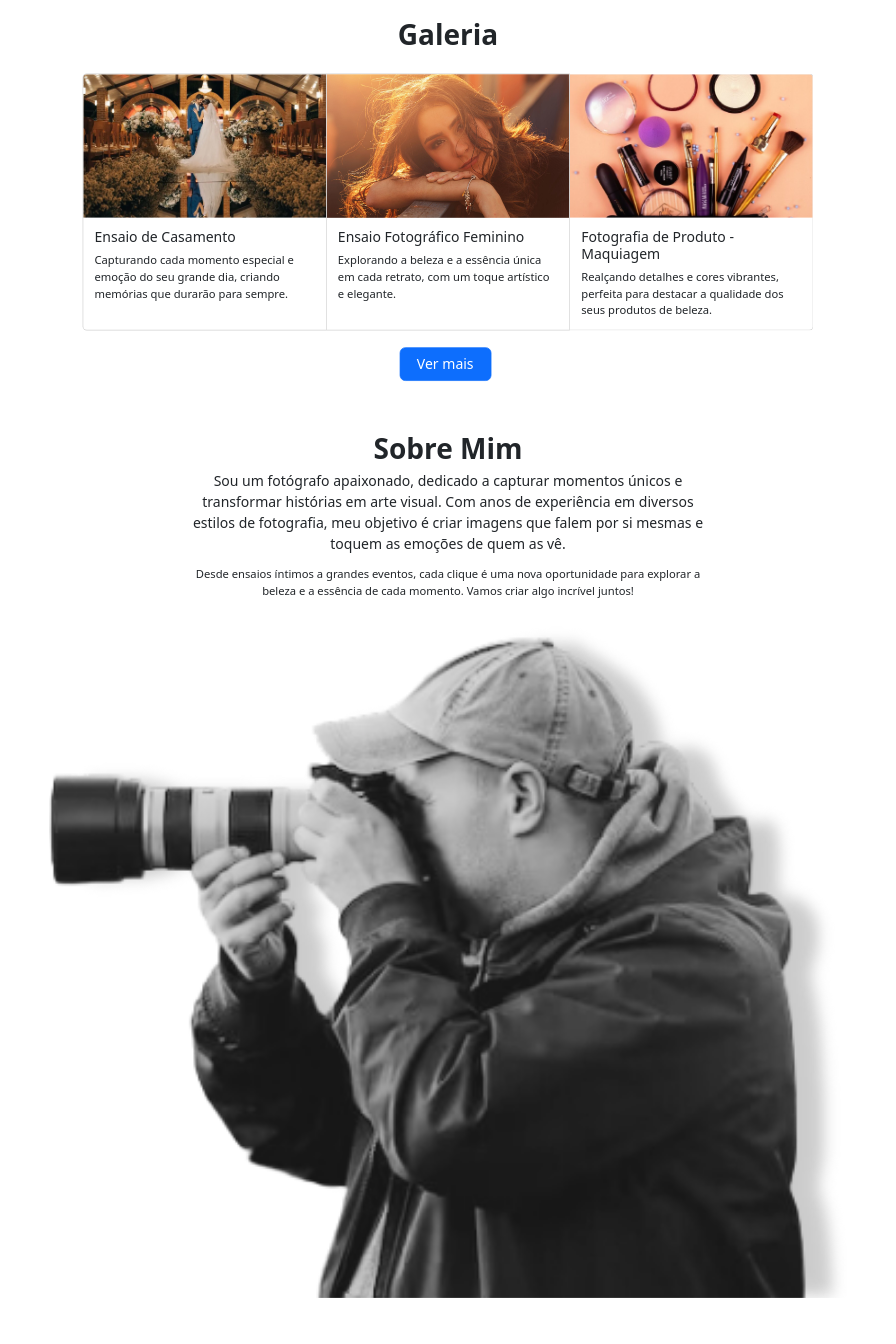
Repository: Marinalr-25/portifolio-fotografia
Page: index.html
An editor plug-in stored every save of this project. The page is shown before and after the next save, followed by the edit.
The browser window is 1280 px wide. The pictures show the part of the page from y = 583 to 2503 px (the page is 2503 px tall before and 1555 px after), at 70% of full size.
A picture or video elsewhere on the page could not be fetched, so the positions and the page height are approximate.

Above is the page before, as saved 2025-01-19 17:54:31.

### index.html
<!DOCTYPE html>
<html lang="pt-BR" data-bs-theme="dark">
  <head>
    <meta charset="utf-8" />
    <meta name="viewport" content="width=device-width, initial-scale=1" />
    <title>Portifolio Fotográfia</title>
    <link
      href="https://cdn.jsdelivr.net/npm/bootstrap@5.3.3/dist/css/bootstrap.min.css"
      rel="stylesheet"
      integrity="sha384-QWTKZyjpPEjISv5WaRU9OFeRpok6YctnYmDr5pNlyT2bRjXh0JMhjY6hW+ALEwIH"
      crossorigin="anonymous"
    />
    <!-- Bootstrap Icons -->
    <link
      href="https://cdn.jsdelivr.net/npm/bootstrap-icons/font/bootstrap-icons.css"
      rel="stylesheet"
    />
    <link rel="stylesheet" href="css/style.css" />
  </head>
  <body>
    <!-- Header -->
    <div class="container">
      <header
        class="d-flex flex-wrap justify-content-center py-3 mb-4 border-bottom fixed-top header header-light"
      >
        <a
          href="/"
          class="d-flex align-items-center mb-3 mb-md-0 me-md-auto link-body-emphasis text-decoration-none"
        >
          <svg class="bi me-2" width="40" height="32">
            <use xlink:href="#bootstrap" />
          </svg>
          <span class="fs-4">Fotográfo Bootstrap</span>
        </a>

        <ul class="nav nav-pills">
          <li class="nav-item">
            <a href="#home" class="nav-link active" aria-current="page">Home</a>
          </li>
          <li class="nav-item">
            <a href="#galeria" class="nav-link">Galeria</a>
          </li>
          <li class="nav-item">
            <a href="#sobre" class="nav-link">Sobre mim</a>
          </li>
          <li class="nav-item">
            <a href="#servicos" class="nav-link">Serviços</a>
          </li>
          <li class="nav-item">
            <a href="#contato" class="nav-link">Contato</a>
          </li>
          <button id="toggleThemeBtn" class="btn btn-light">
            <i id="themeIcon" class="bi bi-brightness-high"></i>
          </button>
        </ul>
      </header>
    </div>

    <!-- Hero -->
    <div id="home" class="container col-xxl-8 px-4 py-5">
      <div class="row flex-lg-row-reverse align-items-center g-5 py-5">
        <div class="col-10 col-sm-8 col-lg-6">
          <img
            src="src/fotografiaHero.jpg"
            class="d-block mx-lg-auto img-fluid img-hero"
            alt="Bootstrap Themes"
            width="700"
            height="500"
            loading="lazy"
          />
        </div>
        <div class="col-lg-6">
          <h1 class="fw-bold text-body-emphasis lh-1 mb-3">
            Capturando Momentos, Criando Memórias
          </h1>
          <p class="lead">
            Com uma abordagem única e criativa, busco capturar a essência de
            cada cena e emoção. Meu trabalho é uma mistura de técnica, paixão e
            sensibilidade. Através da minha lente, tento criar imagens que falam
            por si mesmas.
          </p>
          <div class="d-grid gap-2 d-md-flex justify-content-md-start">
            <button type="button" class="btn btn-primary btn-lg px-4 me-md-2">
              Veja meu trabalho
            </button>
            <button type="button" class="btn btn-outline-secondary btn-lg px-4">
              Entre em Contato
            </button>
          </div>
        </div>
      </div>
    </div>

    <!-- Galeria -->
    <div
      id="galeria"
      class="container card-group p-4 d-flex justify-content-center"
    >
      <h1 class="fw-bold">Galeria</h1>
      <div class="card-group p-4">
        <div class="card">
          <img
            src="src/casamento.webp"
            class="card-img-top"
            alt="ensaio fotografico de casamento"
          />
          <div class="card-body">
            <h5 class="card-title">Ensaio de Casamento</h5>
            <p class="card-text">
              Capturando cada momento especial e emoção do seu grande dia,
              criando memórias que durarão para sempre.
            </p>
          </div>
        </div>
        <div class="card">
          <img
            src="src/ensaiofotografico.jpeg"
            class="card-img-top"
            alt="ensaio fotografico de uma mulher"
          />
          <div class="card-body">
            <h5 class="card-title">Ensaio Fotográfico Feminino</h5>
            <p class="card-text">
              Explorando a beleza e a essência única em cada retrato, com um
              toque artístico e elegante.
            </p>
          </div>
        </div>
        <div class="card">
          <img
            src="src/maquiagem.jpg"
            class="card-img-top"
            alt="ensaio fotografico de produto (maquiagem)"
          />
          <div class="card-body">
            <h5 class="card-title">Fotografia de Produto - Maquiagem</h5>
            <p class="card-text">
              Realçando detalhes e cores vibrantes, perfeita para destacar a
              qualidade dos seus produtos de beleza.
            </p>
          </div>
        </div>
      </div>
      <button type="button" class="btn btn-primary btn-lg px-4 me-md-2">
        Ver mais
      </button>
    </div>

    <!-- Sobre mim -->
    <div id="sobre" class="container py-5">
      <div class="row justify-content-center">
        <div class="col-lg-8 text-center">
          <h1 class="fw-bold">Sobre Mim</h1>
          <p class="lead">
            Sou um fotógrafo apaixonado, dedicado a capturar momentos únicos e
            transformar histórias em arte visual. Com anos de experiência em
            diversos estilos de fotografia, meu objetivo é criar imagens que
            falem por si mesmas e toquem as emoções de quem as vê.
          </p>
          <p>
            Desde ensaios íntimos a grandes eventos, cada clique é uma nova
            oportunidade para explorar a beleza e a essência de cada momento.
            Vamos criar algo incrível juntos!
          </p>
        </div>
        <div class="fotografo"></div>
      </div>
    </div>

    <script
      src="https://cdn.jsdelivr.net/npm/@popperjs/core@2.11.8/dist/umd/popper.min.js"
      integrity="sha384-I7E8VVD/ismYTF4hNIPjVp/Zjvgyol6VFvRkX/vR+Vc4jQkC+hVqc2pM8ODewa9r"
      crossorigin="anonymous"
    ></script>
    <script
      src="https://cdn.jsdelivr.net/npm/bootstrap@5.3.3/dist/js/bootstrap.min.js"
      integrity="sha384-0pUGZvbkm6XF6gxjEnlmuGrJXVbNuzT9qBBavbLwCsOGabYfZo0T0to5eqruptLy"
      crossorigin="anonymous"
    ></script>
    <script src="js/script.js"></script>
  </body>
</html>

### css/style.css
/* Style Bootstrap */

.bd-placeholder-img {
  font-size: 1.125rem;
  text-anchor: middle;
  -webkit-user-select: none;
  -moz-user-select: none;
  user-select: none;
}

@media (min-width: 768px) {
  .bd-placeholder-img-lg {
    font-size: 3.5rem;
  }
}

.b-example-divider {
  width: 100%;
  height: 3rem;
  background-color: rgba(0, 0, 0, 0.1);
  border: solid rgba(0, 0, 0, 0.15);
  border-width: 1px 0;
  box-shadow: inset 0 0.5em 1.5em rgba(0, 0, 0, 0.1),
    inset 0 0.125em 0.5em rgba(0, 0, 0, 0.15);
}

.b-example-vr {
  flex-shrink: 0;
  width: 1.5rem;
  height: 100vh;
}

.bi {
  vertical-align: -0.125em;
  fill: currentColor;
}

.nav-scroller {
  position: relative;
  z-index: 2;
  height: 2.75rem;
  overflow-y: hidden;
}

.nav-scroller .nav {
  display: flex;
  flex-wrap: nowrap;
  padding-bottom: 1rem;
  margin-top: -1px;
  overflow-x: auto;
  text-align: center;
  white-space: nowrap;
  -webkit-overflow-scrolling: touch;
}

.btn-bd-primary {
  --bd-violet-bg: #712cf9;
  --bd-violet-rgb: 112.520718, 44.062154, 249.437846;

  --bs-btn-font-weight: 600;
  --bs-btn-color: var(--bs-white);
  --bs-btn-bg: var(--bd-violet-bg);
  --bs-btn-border-color: var(--bd-violet-bg);
  --bs-btn-hover-color: var(--bs-white);
  --bs-btn-hover-bg: #6528e0;
  --bs-btn-hover-border-color: #6528e0;
  --bs-btn-focus-shadow-rgb: var(--bd-violet-rgb);
  --bs-btn-active-color: var(--bs-btn-hover-color);
  --bs-btn-active-bg: #5a23c8;
  --bs-btn-active-border-color: #5a23c8;
}

.bd-mode-toggle {
  z-index: 1500;
}

.bd-mode-toggle .dropdown-menu .active .bi {
  display: block !important;
}

/* CSS próprio */

/* Header */
.header-light {
  background-color: #fff;
  color: #000;
}

.header-dark {
  background-color: #212529;
  color: #fff;
}

/* Hero */
.img-hero {
  width: 1000px;
}

/* Galeria */
.card-img-top {
  width: 100%;
  height: 205px;
  object-fit: cover;
}

/* sobre mim */
.fotografo {
  background-image: url(/src/fotografosombracortada.png);
  background-position: right;
  background-repeat: no-repeat;
  background-size: contain;
  width: 1320px;
  height: 1000px;
}

### js/script.js
const toggleThemeBtn = document.getElementById('toggleThemeBtn');
const themeIcon = document.getElementById('themeIcon');
const header = document.querySelector('.header');
const body = document.body;

// Função para definir o ícone, tema e a classe do botão ao carregar a página
function setInitialTheme() {
  if (body.getAttribute('data-bs-theme') === 'dark') {
    themeIcon.classList.remove('bi-brightness-high');
    themeIcon.classList.add('bi-moon-stars-fill');
    toggleThemeBtn.classList.remove('btn-light');
    toggleThemeBtn.classList.add('btn-dark');
  } else {
    body.setAttribute('data-bs-theme', 'light');
    themeIcon.classList.remove('bi-moon-stars-fill');
    themeIcon.classList.add('bi-brightness-high');
    toggleThemeBtn.classList.remove('btn-dark');
    toggleThemeBtn.classList.add('btn-light');
  }
}

// Definir o tema inicial ao carregar
setInitialTheme();

toggleThemeBtn.addEventListener('click', () => {
  if (body.getAttribute('data-bs-theme') === 'dark') {
    body.setAttribute('data-bs-theme', 'light');
    themeIcon.classList.remove('bi-moon-stars-fill');
    themeIcon.classList.add('bi-brightness-high');
    header.classList.remove('header-dark');
    header.classList.add('header-light');
    toggleThemeBtn.classList.remove('btn-dark');
    toggleThemeBtn.classList.add('btn-light');
  } else {
    body.setAttribute('data-bs-theme', 'dark');
    themeIcon.classList.remove('bi-brightness-high');
    themeIcon.classList.add('bi-moon-stars-fill');
    header.classList.remove('header-light');
    header.classList.add('header-dark');
    toggleThemeBtn.classList.remove('btn-light');
    toggleThemeBtn.classList.add('btn-dark');
  }
});

After the next save:
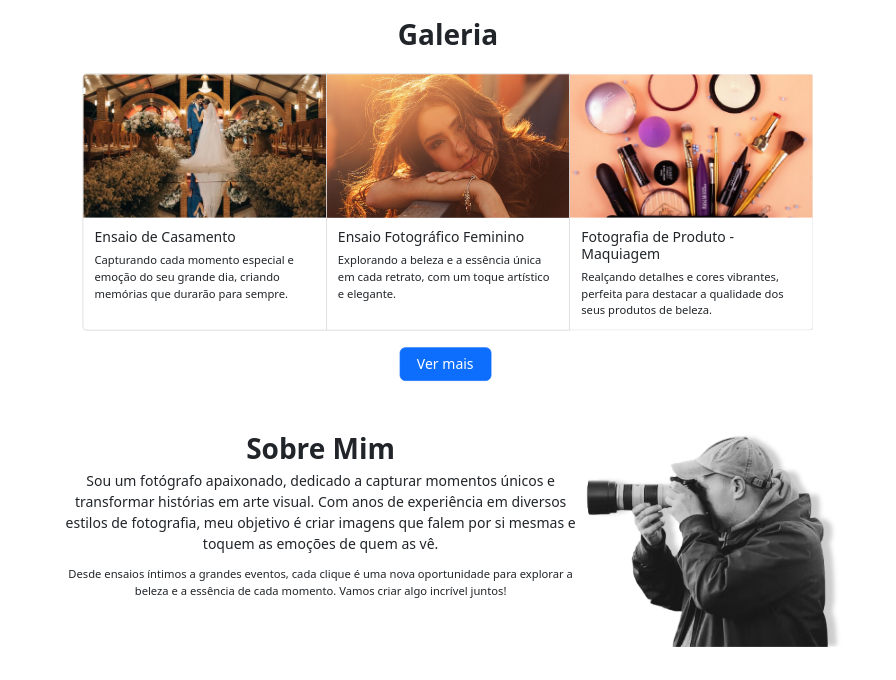
Saved 17 s later.
--- a/css/style.css
+++ b/css/style.css
@@ -109,6 +109,6 @@
   background-position: right;
   background-repeat: no-repeat;
   background-size: contain;
-  width: 1320px;
-  height: 1000px;
+  width: 364px;
+  height: 308px;
 }
